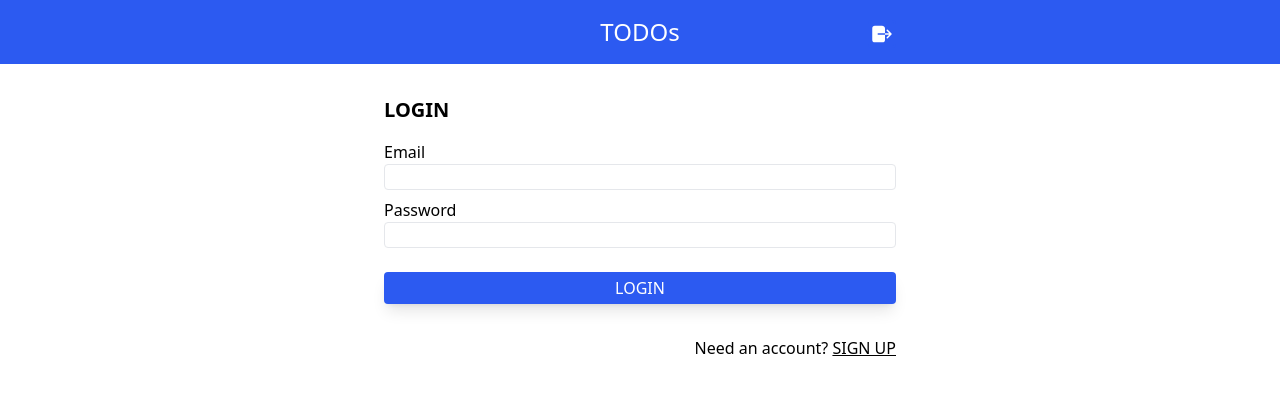
Repository: Jay-JYKim91/wanted-pre-onboarding-challenge-fe-1
Page: /auth
The author's editor kept a copy of each file at every save. The page is drawn from the files as they stood at one save, then again after the next save.
The browser window is 1280 px wide. The pictures show the whole page.
The page's requests for data from a server got no answer. The project was rebuilt for these pictures with package versions that can differ from the ones it lists, and the page was loaded fresh each time. No one was signed in, and anything a server would have sent is missing. Also part of the build but not shown: src/page/Main.tsx.

Above is the page before, as saved 2022-08-10 15:00:49.

### src/index.tsx
import React from "react"
import ReactDOM from "react-dom/client"
import "./index.css"
import App from "./App"
import { BrowserRouter } from "react-router-dom"

const root = ReactDOM.createRoot(document.getElementById("root") as HTMLElement)
root.render(
  <React.StrictMode>
    <BrowserRouter>
      <App />
    </BrowserRouter>
  </React.StrictMode>
)

### src/App.tsx
import React, { useEffect, useState } from "react"
import { Route, Routes, useNavigate } from "react-router-dom"
import Auth from "./page/Auth"
import Main from "./page/Main"
import { getTodos } from "./services/todoAPI"
import { IoLogOut } from "react-icons/io5"

function App() {
  const navigate = useNavigate()
  const userToken = window.localStorage.getItem("userToken")
  const [todos, setTodos] = useState([])

  useEffect(() => {
    if (userToken === "") {
      window.alert("Please login first.")
      navigate("/auth")
    } else {
      getTodos(userToken!).then((result) => {
        setTodos(result.data)
      })
    }
  }, [userToken])

  return (
    <div className="App">
      <header className="bg-primary-900 text-white text-center py-4 text-2xl ">
        <div className="max-w-xs md:max-w-lg mx-auto relative">
          <span>TODOs</span>
          {userToken !== "" && (
            <button
              className="absolute right-0 bottom-0 border-2 rounded border-primary-900 hover:bg-white hover:text-primary-900"
              onClick={() => {
                window.localStorage.setItem("userToken", "")
                navigate("/auth")
              }}
            >
              <IoLogOut />
            </button>
          )}
        </div>
      </header>
      <Routes>
        <Route path="/" element={<Main todos={todos} setTodos={setTodos} />} />
        <Route
          path="/:id"
          element={<Main todos={todos} setTodos={setTodos} />}
        />
        <Route path="/auth" element={<Auth />} />
      </Routes>
    </div>
  )
}

export default App

### src/page/Auth.tsx
import React, { useEffect, useState } from "react"
import { useNavigate } from "react-router-dom"
import { logIn, signUp } from "../services/authAPI"

type LogInOrSignUp = "logIn" | "signUp"
interface messageComponentProps {
  onClick: () => void
  // type: LogInOrSignUp
}

export type AuthData = {
  email: string
  password: string
}

const LogInMessage = ({ onClick }: messageComponentProps) => {
  return (
    <p className="text-right">
      Already a user?{" "}
      <button type="button" className="underline" onClick={onClick}>
        LOGIN
      </button>
    </p>
  )
}

const SignUpMessage = ({ onClick }: messageComponentProps) => {
  return (
    <p className="text-right">
      Need an account?{" "}
      <button type="button" className="underline" onClick={onClick}>
        SIGN UP
      </button>
    </p>
  )
}

function Auth() {
  const [logInOrSignUp, setLogInOrSignUp] = useState<LogInOrSignUp>("logIn")
  const [emailInput, setEmailInput] = useState("")
  const [passwordInput, setPasswordInput] = useState("")
  const navigate = useNavigate()

  useEffect(() => {
    setEmailInput("")
    setPasswordInput("")
  }, [logInOrSignUp])

  function handleSubmit(event: React.FormEvent<HTMLFormElement>) {
    event.preventDefault()

    const emailRegex = /^[\w-\.]+@([\w-]+\.)+[\w-]{2,4}$/g

    if (!emailRegex.test(emailInput)) {
      window.alert("Please enter an email address.")
    } else {
      handleLogInOrSignUp()
    }
  }

  function handleLogInOrSignUp() {
    const data: AuthData = {
      email: emailInput,
      password: passwordInput,
    }

    if (logInOrSignUp === "logIn") {
      logIn(data).then((result) => {
        if (result.details === "로그인에 실패했습니다") {
          window.alert("Invalid email or password.")
        } else if (result.message === "성공적으로 로그인 했습니다") {
          window.localStorage.setItem("userToken", result.token)
          setEmailInput("")
          setPasswordInput("")
          navigate("/")
        }
      })
    } else if (logInOrSignUp === "signUp") {
      signUp(data).then((result) => {
        if (result.details === "이미 존재하는 유저입니다") {
          window.alert("This email address is already registered.")
        } else if (result.message === "계정이 성공적으로 생성되었습니다") {
          window.alert("Thanks for signing up. You can login now.")
          setLogInOrSignUp("logIn")
        }
      })
    }
  }

  return (
    <div>
      <div className="max-w-xs md:max-w-lg mx-auto my-8">
        <h1 className="font-bold text-xl uppercase">{logInOrSignUp}</h1>
        <form className="my-4" onSubmit={(event) => handleSubmit(event)}>
          <div className="flex flex-col mb-2">
            <label htmlFor="emailForLogin">Email</label>
            <input
              type="email"
              id="emailForLogin"
              className="border rounded"
              value={emailInput}
              onChange={(event) => setEmailInput(event.target.value)}
              required
            />
          </div>
          <div className="flex flex-col mb-2">
            <label htmlFor="passwordForLogin">Password</label>
            <input
              type="password"
              id="passwordForLogin"
              className="border rounded"
              value={passwordInput}
              onChange={(event) => setPasswordInput(event.target.value)}
              minLength={8}
              required
            />
          </div>
          <button
            type="submit"
            className="w-full py-1 my-4 uppercase rounded bg-primary-900 text-white shadow-lg"
          >
            {logInOrSignUp}
          </button>
        </form>
        {logInOrSignUp === "logIn" ? (
          <SignUpMessage onClick={() => setLogInOrSignUp("signUp")} />
        ) : (
          <LogInMessage onClick={() => setLogInOrSignUp("logIn")} />
          // <p className="text-right">
          //   Already a user?{" "}
          //   <button
          //     type="button"
          //     className="underline"
          //     onClick={() => setLogInOrSignUp("logIn")}
          //   >
          //     LOGIN
          //   </button>
          // </p>
        )}
      </div>
    </div>
  )
}

export default Auth

### src/services/todoAPI.ts
export async function getTodos(userToken: string) {
  const response = await fetch("http://localhost:8080/todos", {
    method: "GET",
    headers: { Authorization: userToken },
  })
  const result = await response.json();
  return result;
}

export async function getTodoById(id: string, userToken: string) {
  const response = await fetch(`http://localhost:8080/todos/${id}`, {
    method: "GET",
    headers: { Authorization: userToken },
  })
  const result = await response.json();
  return result;
}

export async function createTodo(data: {title: string, content: string}, userToken: string) {
  const response = await fetch("http://localhost:8080/todos", {
    method: "POST",
    headers: {
      "Content-Type": "application/json",
      Authorization: userToken!,
    },
    body: JSON.stringify(data),
  })
  const result = await response.json();
  return result;
}

export async function deleteTodo(id: string, userToken: string) {
  const response = await fetch(`http://localhost:8080/todos/${id}`, {
    method: "DELETE",
    headers: {
      Authorization: userToken!,
    },
  })
  const result = await response.json();
  return result;
}

export async function updateTodo(id: string, userToken: string,  data: {title: string, content: string}) {
    const response = await fetch(`http://localhost:8080/todos/${id}`, {
      method: "PUT",
      headers: {
        "Content-Type": "application/json",
        Authorization: userToken!,
      },
      body: JSON.stringify(data),
    })
    const result = await response.json();
    return result;
  }

### src/services/authAPI.ts
import { AuthData } from '../page/Auth';

export async function logIn(data: AuthData) {
  const response =  await fetch("http://localhost:8080/users/login", {
    method: "POST",
    headers: { "Content-Type": "application/json" },
    body: JSON.stringify(data),
  })
  const result = await response.json();
  return result;
}

export async function signUp(data: AuthData) {
  const response = await fetch("http://localhost:8080/users/create", {
    method: "POST",
    headers: { "Content-Type": "application/json" },
    body: JSON.stringify(data),
  })
  const result = await response.json();
  return result;
}

### tailwind.config.js
/** @type {import('tailwindcss').Config} */
module.exports = {
  content: [
    "./src/**/*.{js,jsx,ts,tsx}",
  ],
  theme: {
    extend: {
      colors: {
        'primary': {
          100: '#47dfbc',
          500: '#428afe',
          900: '#2c5af1',
        }
      },
    },
  },
  plugins: [],
}

Loaded but not shown: public/index.html (common file); src/index.css (common file)

After the next save:
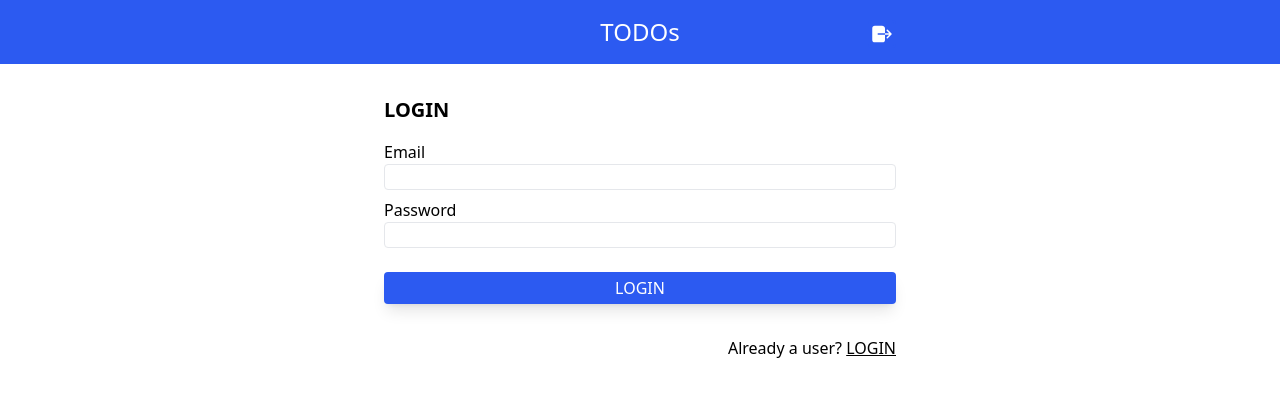
Saved 3 min 22 s later.
--- a/src/page/Auth.tsx
+++ b/src/page/Auth.tsx
@@ -5,7 +5,7 @@ import { logIn, signUp } from "../services/authAPI"
 type LogInOrSignUp = "logIn" | "signUp"
 interface messageComponentProps {
   onClick: () => void
-  // type: LogInOrSignUp
+  currentStatus: LogInOrSignUp
 }
 
 export type AuthData = {
@@ -13,7 +13,7 @@ export type AuthData = {
   password: string
 }
 
-const LogInMessage = ({ onClick }: messageComponentProps) => {
+const Message = ({ onClick, currentStatus }: messageComponentProps) => {
   return (
     <p className="text-right">
       Already a user?{" "}
@@ -24,16 +24,16 @@ const LogInMessage = ({ onClick }: messageComponentProps) => {
   )
 }
 
-const SignUpMessage = ({ onClick }: messageComponentProps) => {
-  return (
-    <p className="text-right">
-      Need an account?{" "}
-      <button type="button" className="underline" onClick={onClick}>
-        SIGN UP
-      </button>
-    </p>
-  )
-}
+// const SignUpMessage = ({ onClick }: messageComponentProps) => {
+//   return (
+//     <p className="text-right">
+//       Need an account?{" "}
+//       <button type="button" className="underline" onClick={onClick}>
+//         SIGN UP
+//       </button>
+//     </p>
+//   )
+// }
 
 function Auth() {
   const [logInOrSignUp, setLogInOrSignUp] = useState<LogInOrSignUp>("logIn")
@@ -122,8 +122,15 @@ function Auth() {
             {logInOrSignUp}
           </button>
         </form>
-        {logInOrSignUp === "logIn" ? (
-          <SignUpMessage onClick={() => setLogInOrSignUp("signUp")} />
+        <Message
+          onClick={() =>
+            setLogInOrSignUp(logInOrSignUp === "logIn" ? "signUp" : "logIn")
+          }
+          currentStatus={logInOrSignUp}
+        />
+
+        {/* {logInOrSignUp === "logIn" ? (
+          <SignUpMessage onClick={() => setLogInOrSignUp("signUp")} type={logInOrSignUp} />
         ) : (
           <LogInMessage onClick={() => setLogInOrSignUp("logIn")} />
           // <p className="text-right">
@@ -136,7 +143,7 @@ function Auth() {
           //     LOGIN
           //   </button>
           // </p>
-        )}
+        )} */}
       </div>
     </div>
   )
